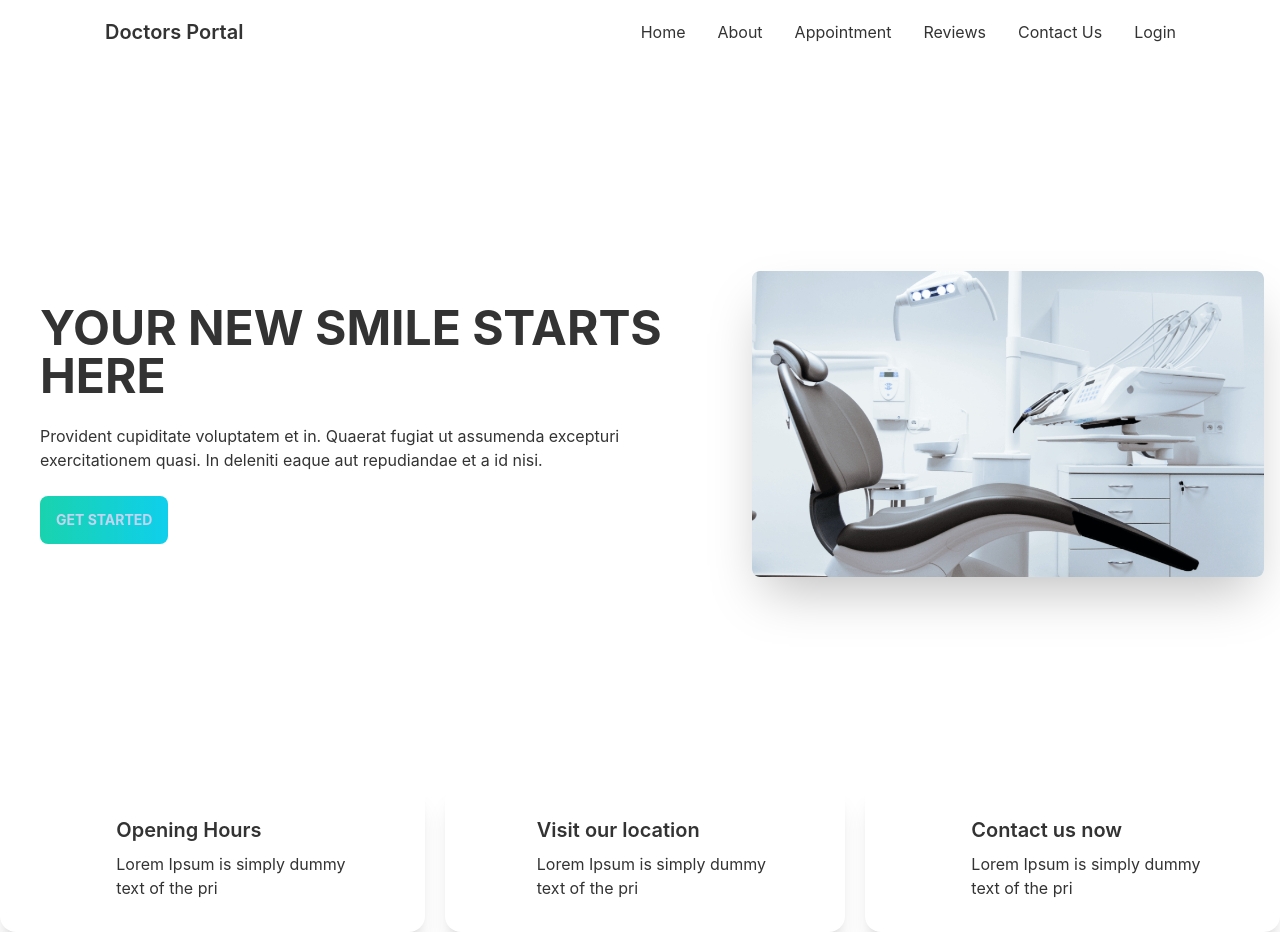
Repository: shikubro90/doctorsportal
Page: /
An editor plug-in stored every save of this project. The page is shown before and after a run of saves, followed by the edit.
The browser window is 1280 px wide. The pictures show the whole page.
The project was rebuilt for these pictures with package versions that can differ from the ones it lists, and the page was loaded fresh each time. Also part of the build but not shown: src/App.css, src/Pages/About/About.jsx.

Above is the page before, as saved 2022-09-28 17:10:07.

### src/App.js
import { Route, Routes } from 'react-router-dom';
import './App.css';
import About from './Pages/About/About';
import Home from './Pages/Home/Home';
import Navbar from './Shared/Navbar';

function App() {
  return (
    <div className="App">
      <Navbar/>
      <Routes>
        <Route path='/' element={<Home/>}/>
        <Route path='/home' element={<Home/>}/>
        <Route path='/about' element={<About/>}/>
      </Routes>
    </div>
  );
}

export default App;

### src/Pages/Home/Home.jsx
import React from 'react'
import Banner from './Banner'
import BasicInfo from './BasicInfo'

const Home = () => {
  return (
    <div>
      <Banner />
      <BasicInfo/>
    </div>
  )
}

export default Home

### src/Shared/Navbar.jsx
import React from 'react'
import { Link } from 'react-router-dom'

const Navbar = () => {
  return (
    <div className="px-20">
      <div className="navbar bg-base-100">
        <div className="navbar-start">
          <div className="dropdown">
            <label tabIndex={0} className="btn btn-ghost lg:hidden">
              <svg
                xmlns="http://www.w3.org/2000/svg"
                className="h-5 w-5"
                fill="none"
                viewBox="0 0 24 24"
                stroke="currentColor"
              >
                <path
                  strokeLinecap="round"
                  strokeLinejoin="round"
                  strokeWidth="2"
                  d="M4 6h16M4 12h8m-8 6h16"
                />
              </svg>
            </label>
            <ul
              tabIndex={0}
              className="menu menu-compact dropdown-content mt-3 p-2 shadow bg-base-100 rounded-box w-52"
            >
              <li>
                <Link to="/home">Home</Link>
              </li>
              <li>
                <Link to="/about">About</Link>
              </li>
              <li>
                <Link to="/appointment">Appointment</Link>
              </li>
              <li>
                <Link to="/review">Reviews</Link>
              </li>
              <li>
                <Link to="/contact">Contact Us</Link>
              </li>
              <li>
                <Link to="/contact">Login</Link>
              </li>
            </ul>
          </div>
          <Link to="/" className='btn btn-ghost normal-case text-xl'>Doctors Portal</Link>
        </div>

        <div className="navbar-center hidden lg:flex">

          <ul className="menu menu-horizontal p-0 pl-20">
            <li>
              <Link to="/home">Home</Link>
            </li>
            <li>
              <Link to="/about">About</Link>
            </li>
            <li>
              <Link to="/appointment">Appointment</Link>
            </li>
            <li>
              <Link to="/review">Reviews</Link>
            </li>
            <li>
              <Link to="/contact">Contact Us</Link>
            </li>
            <li>
              <Link to="/contact">Login</Link>
            </li>
          </ul>

        </div>

      </div>

    </div>
  )
}

export default Navbar

### src/Pages/Home/Banner.jsx
import React from 'react'
import heroImage from '../../assets/images/chair.png'
import ButtonPrimary from '../../Shared/ButtonPrimary'

function Banner() {
  return (
    <div className=''>
      <div className="hero min-h-screen">
        <div className="hero-content flex flex-col lg:flex-row-reverse">
          <img
            src={heroImage}
            className="max-w-lg rounded-lg shadow-2xl"
            alt='bannerImage'
          />
          <div className='px-6'>
            <h1 className="text-5xl font-bold uppercase">Your New Smile Starts Here</h1>
            <p className="py-6 ">
              Provident cupiditate voluptatem et in. Quaerat fugiat ut assumenda
              excepturi exercitationem quasi. In deleniti eaque aut repudiandae
              et a id nisi.
            </p>
            <ButtonPrimary>{"Get Started"}</ButtonPrimary>
          </div>
        </div>
      </div>
    </div>
  )
}

export default Banner

### src/Pages/Home/BasicInfo.jsx
import MiniCard from './MiniCard'
import { miniCard } from '../../assets/resourse/Resourse.js'

const BasicInfo = () => {
  return (
    <div className="flex items-center justify-center gap-5">
      {miniCard.map(({ id, icon, title, style, disc }) => {
        return (
          <MiniCard
            id={id}
            icon={icon}
            title={title}
            style={style}
            disc={disc}
          />
        )
      })}
    </div>
  )
}

export default BasicInfo

### src/Shared/ButtonPrimary.jsx
function ButtonPrimary({ children }) {
  return (
    <div>
      <button className="btn bg-gradient-to-r from-secondary to-primary border-none font-bold">
        {children}
      </button>
    </div>
  )
}

export default ButtonPrimary

### src/Pages/Home/MiniCard.jsx
const MiniCard = (props) => {
  const { id, icon, title, style, disc } = props
  return (
    <div
      key={id}
      className="card card-side bg-base-100 shadow-xl flex items-center justify-center px-4"

    >
      <div className="">
        <img src={icon} alt="icon" />
      </div>
      <div className="card-body">
        <h2 className="card-title">{title}</h2>
        <p>{disc}</p>
      </div>
    </div>
  )
}

export default MiniCard

### src/assets/resourse/Resourse.js
import clock from "../icons/clock.svg"
import marker from '../icons/marker.svg'
import phone from '../icons/phone.svg'

export const miniCard =[
    {
        id : 0,
        icon : clock,
        title : "Opening Hours",
        disc : "Lorem Ipsum is simply dummy text of the pri",
        style : 'bg-gradient-to-r from-secondary to-primary'
    },
    {
        id : 1,
        icon : marker,
        title : "Visit our location",
        disc : "Lorem Ipsum is simply dummy text of the pri",
        style : "bg-[#3A4256]"
    },
    {
        id : 2,
        icon : phone,
        title : "Contact us now",
        disc : "Lorem Ipsum is simply dummy text of the pri",
        style : 'bg-gradient-to-r from-secondary to-primary'
    }
]

### tailwind.config.js
/** @type {import('tailwindcss').Config} */
module.exports = {
  content: [
    "./src/**/*.{js,jsx,ts,tsx}",
  ],
  theme: {
    extend: {},
  },
  daisyui: {
    themes: [
      {
       doctorstheme: {
          primary: "#0FCFEC",
          secondary: "#19D3AE",
          accent: "#3A4256",
          neutral: "#3d4451",
          "base-100": "#ffffff",
        },
      },
      "light",
      "cupcake",
    ],
  },
  plugins: [require("daisyui")],
}

Loaded but not shown: public/index.html (common file); src/index.js (common file); src/index.css (common file); src/reportWebVitals.js (common file)

After the next 5 saves:
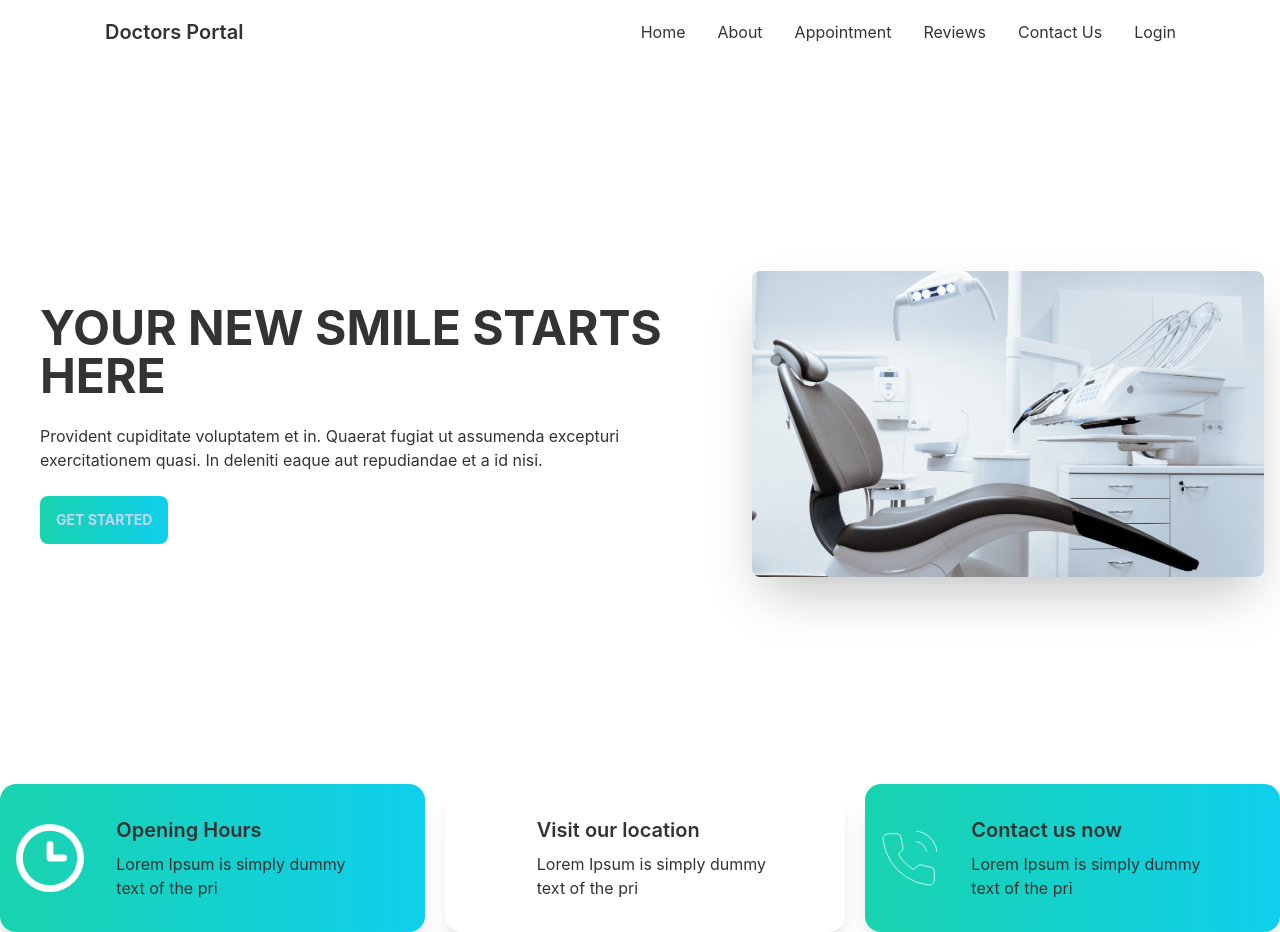
The 5 saves are shown as one change because they came seconds apart.
The last was saved 13 s later.
--- a/src/Pages/Home/MiniCard.jsx
+++ b/src/Pages/Home/MiniCard.jsx
@@ -3,7 +3,7 @@ const MiniCard = (props) => {
   return (
     <div
       key={id}
-      className="card card-side bg-base-100 shadow-xl flex items-center justify-center px-4"
+      className={`card card-side bg-base-100 shadow-xl flex items-center justify-center px-4 ${style}`}
 
     >
       <div className="">
